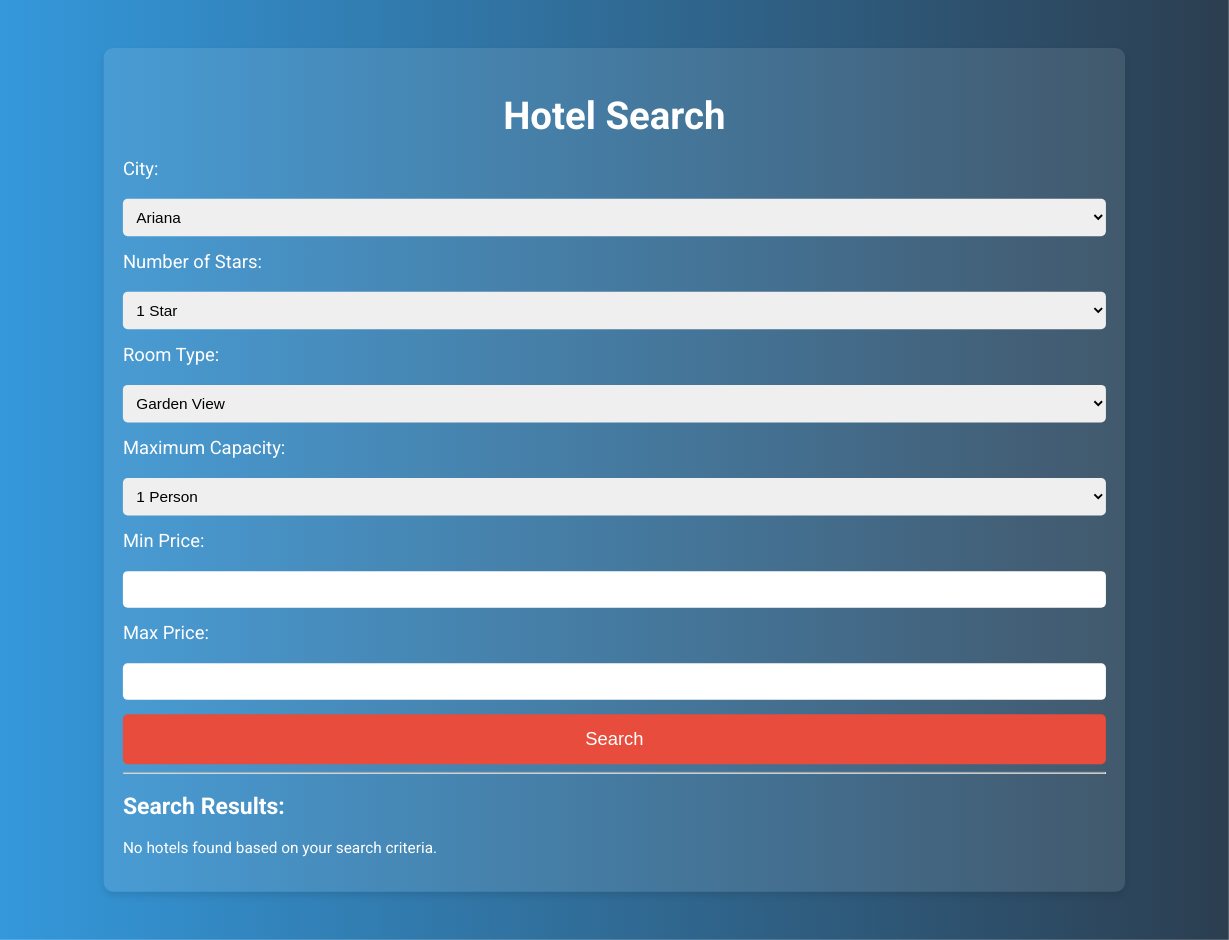
Repository: ToumiFourat/HotelManagementt
Page: http://localhost/Hotell/views/index.jsp
The author's editor kept a copy of each file at every save. The page is drawn from the files as they stood at one save, then again after the next save.
The browser window is 1280 px wide. The pictures show the whole page, at 96% of full size.
The page is served by Tomcat 10.

Above is the page before, as saved 2024-12-13 15:06:30.

After the next save:
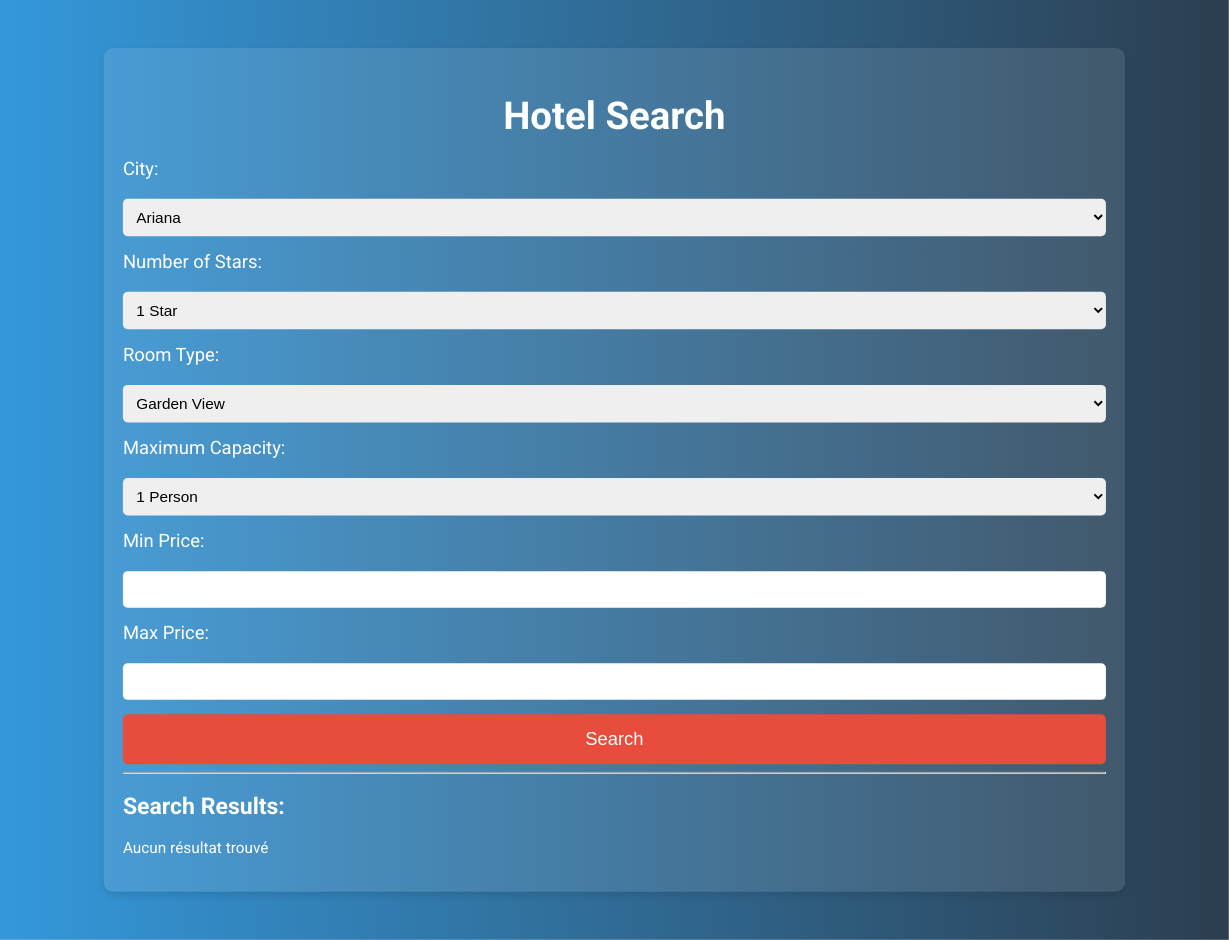
Saved 36 s later.
--- a/Hotell/src/main/webapp/views/index.jsp
+++ b/Hotell/src/main/webapp/views/index.jsp
@@ -1,6 +1,6 @@
 <%@ page contentType="text/html;charset=UTF-8" language="java" %>
 	<%@ page import="java.util.List" %>
-<%@ page import="model.Hotel" %>
+<%@ page import="model.HotelRoom" %>
 <!DOCTYPE html>
 <html>
 <head>
@@ -176,27 +176,29 @@
     <!-- Afficher les résultats si disponibles -->
     <h2>Search Results:</h2>
     <div>
-    <%
-        List<Hotel> hotels = (List<Hotel>) request.getAttribute("hotelResults");
-        if (hotels != null && !hotels.isEmpty()) {
-            for (Hotel hotel : hotels) {
-    %>
-        <div class="result-item">
-            <img src="<%= request.getContextPath() + "/uploads/" + hotel.getImage() %>" alt="<%= hotel.getName() %>">
+        <%
+    List<HotelRoom> hotelResults = (List<HotelRoom>) request.getAttribute("hotelResults");
+    if (hotelResults != null && !hotelResults.isEmpty()) {
+        for (HotelRoom hotel : hotelResults) {
+%>
             <div>
-                <h3><%= hotel.getName() %></h3>
+                <h3><%= hotel.getHotelName() %></h3>
+                <p>City: <%= hotel.getCity() %></p>
+                <p>Stars: <%= hotel.getNumberOfStars() %></p>
+                <p>Room Type: <%= hotel.getRoomType() %></p>
+                <p>Price: <%= hotel.getPrice() %> TND</p>
+                <p>Capacity: <%= hotel.getCapacity() %></p>
+                <img src="uploads/<%= hotel.getImageUrl() %>" alt="Hotel Image" style="width:200px; height:auto;">
             </div>
-        </div>
-    <%
-            }
-        } else {
-    %>
-        <p>No hotels found based on your search criteria.</p>
-    <%
-        }
-    %>
-</div>
-
+<%
+        }
+    } else {
+%>
+        <p>Aucun résultat trouvé</p>
+<%
+    }
+%>
+    </div>
     </div>
 </body>
 </html>

After the save that followed:
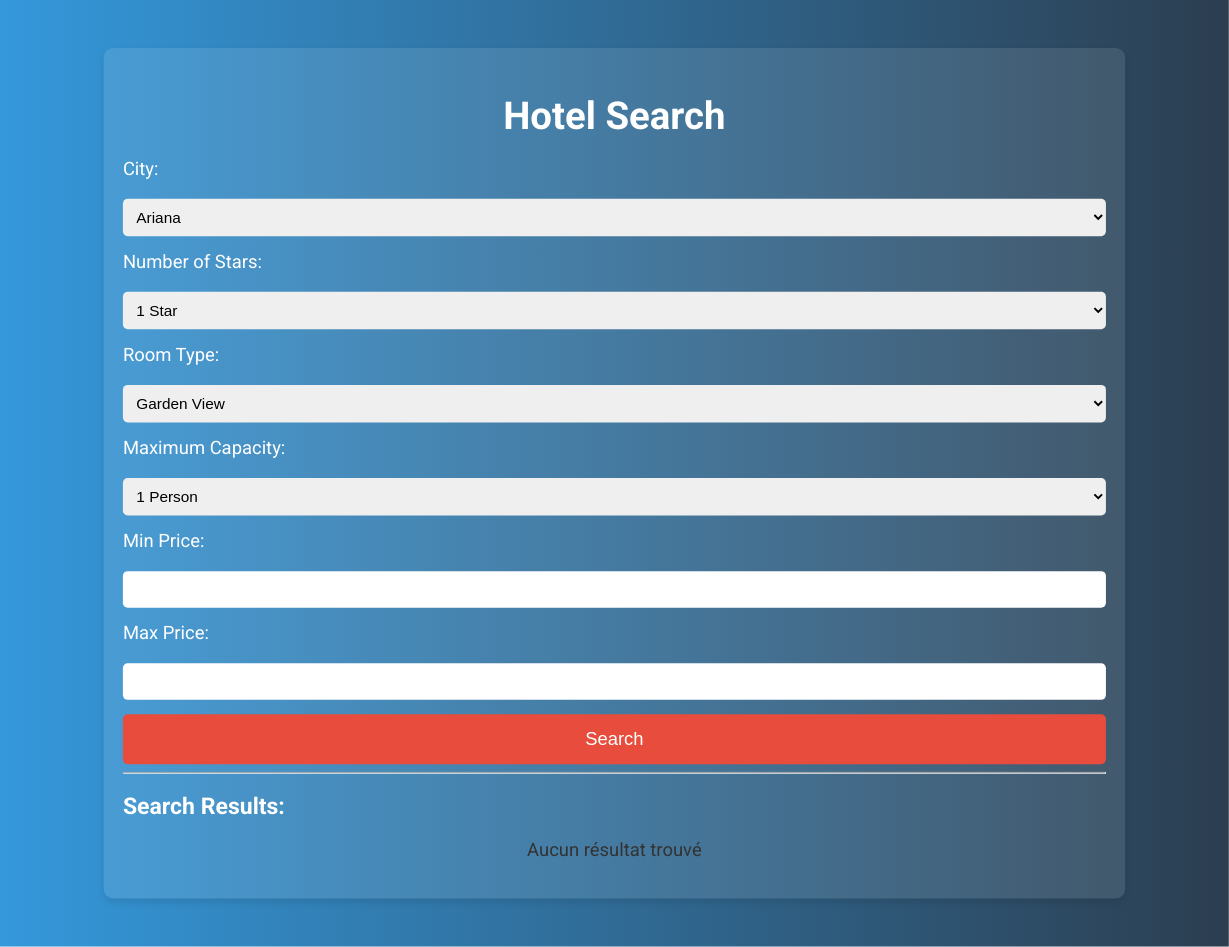
Saved 9 min 3 s later.
--- a/Hotell/src/main/webapp/views/index.jsp
+++ b/Hotell/src/main/webapp/views/index.jsp
@@ -124,6 +124,50 @@
                 transform: translateY(0);
                 opacity: 1;
             }
+
+        /* Résultats avec design avancé */
+        .result-item {
+            display: flex;
+            align-items: flex-start;
+            background: rgba(255, 255, 255, 0.85);
+            color: #333;
+            border-radius: 8px;
+            padding: 10px;
+            margin-bottom: 15px;
+            box-shadow: 0 2px 5px rgba(0, 0, 0, 0.1);
+            transition: box-shadow 0.3s ease, transform 0.2s ease;
+        }
+
+        .result-item:hover {
+            transform: translateY(-5px);
+            box-shadow: 0 4px 10px rgba(0, 0, 0, 0.2);
+        }
+
+        /* Image */
+        .result-item img {
+            width: 150px;
+            height: 150px;
+            object-fit: cover;
+            border-radius: 8px;
+            margin-right: 20px;
+        }
+
+        /* Détails alignés */
+        .hotel-details {
+            flex-grow: 1;
+            line-height: 1.6;
+        }
+
+        .hotel-details h3 {
+            margin: 0 0 10px;
+            font-size: 1.6em;
+            color: #555;
+        }
+
+        .hotel-details p {
+            margin: 5px 0;
+            color: #555;
+        }
         }
     </style>
 </head>
@@ -173,32 +217,34 @@
 
     <hr>
 
-    <!-- Afficher les résultats si disponibles -->
-    <h2>Search Results:</h2>
-    <div>
-        <%
-    List<HotelRoom> hotelResults = (List<HotelRoom>) request.getAttribute("hotelResults");
-    if (hotelResults != null && !hotelResults.isEmpty()) {
-        for (HotelRoom hotel : hotelResults) {
-%>
-            <div>
-                <h3><%= hotel.getHotelName() %></h3>
-                <p>City: <%= hotel.getCity() %></p>
-                <p>Stars: <%= hotel.getNumberOfStars() %></p>
-                <p>Room Type: <%= hotel.getRoomType() %></p>
-                <p>Price: <%= hotel.getPrice() %> TND</p>
-                <p>Capacity: <%= hotel.getCapacity() %></p>
-                <img src="uploads/<%= hotel.getImageUrl() %>" alt="Hotel Image" style="width:200px; height:auto;">
-            </div>
-<%
-        }
-    } else {
-%>
-        <p>Aucun résultat trouvé</p>
-<%
-    }
-%>
-    </div>
+     <!-- Afficher les résultats si disponibles -->
+        <h2>Search Results:</h2>
+        <div>
+            <%
+            List<HotelRoom> hotelResults = (List<HotelRoom>) request.getAttribute("hotelResults");
+            if (hotelResults != null && !hotelResults.isEmpty()) {
+                for (HotelRoom hotel : hotelResults) {
+            %>
+                <div class="result-item">
+                    <img src="uploads/<%= hotel.getImageUrl() %>" alt="Hotel Image">
+                    <div class="hotel-details">
+                        <h3><%= hotel.getHotelName() %></h3>
+                        <p>City: <%= hotel.getCity() %></p>
+                        <p>Stars: <%= hotel.getNumberOfStars() %> ⭐</p>
+                        <p>Room Type: <%= hotel.getRoomType() %></p>
+                        <p>Price: <%= hotel.getPrice() %> TND</p>
+                        <p>Capacity: <%= hotel.getCapacity() %> people</p>
+                    </div>
+                </div>
+            <%
+                }
+            } else {
+            %>
+                <p style="text-align: center; font-size: 1.2em; color: #333;">Aucun résultat trouvé</p>
+            <%
+            }
+            %>
+        </div>
     </div>
 </body>
 </html>
